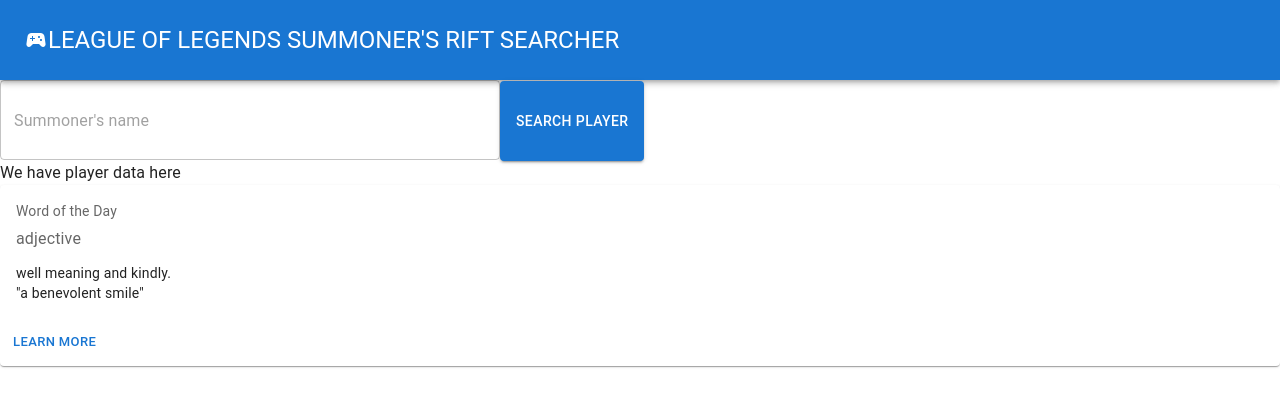
Repository: Mikerr21/League-Of-Legends-API
Page: /
An editor plug-in stored every save of this project. The page is shown before and after the next save, followed by the edit.
The browser window is 1280 px wide. The pictures show the whole page.
The page's requests for data from a server got no answer. The project was rebuilt for these pictures with package versions that can differ from the ones it lists, and the page was loaded fresh each time. No one was signed in, and anything a server would have sent is missing.

Above is the page before, as saved 2022-09-24 21:45:22.

After the next save:
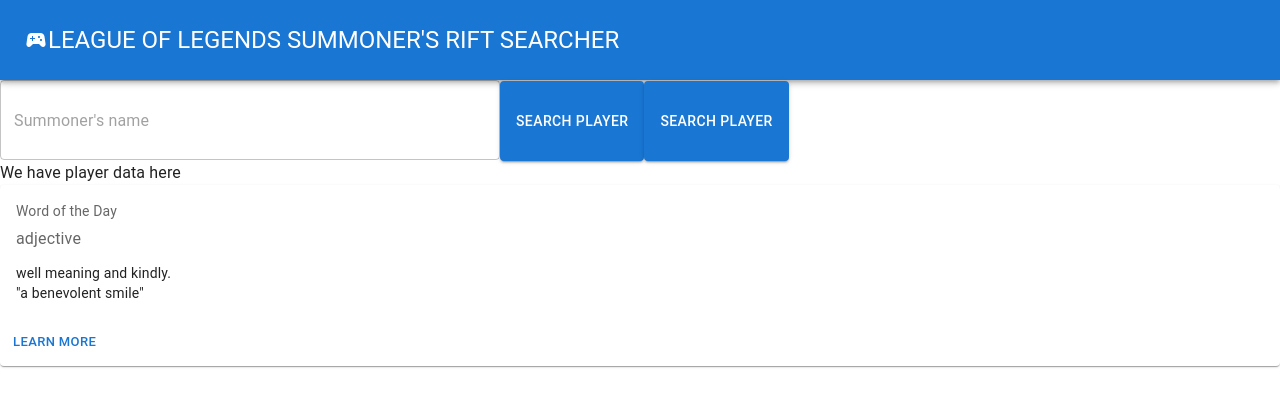
Saved 21 s later.
--- a/src/App.js
+++ b/src/App.js
@@ -55,6 +55,9 @@
         <Button onClick={fetchPlayerData()} variant="contained" style={{ height: "80px" }}>
           Search player
         </Button>
+        <Button onClick={fetchPlayerData()} variant="contained" style={{ height: "80px" }}>
+          Search player
+        </Button>
       </Box>
       {JSON.stringify(playerData.data) != '{}' ?
       <Typography>We have player data here</Typography>

After the save that followed:
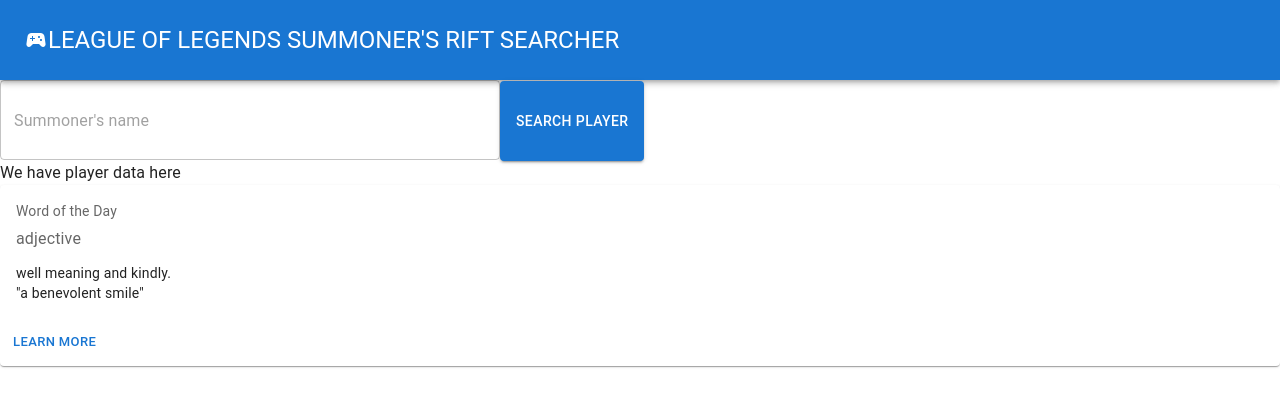
Saved 118 s later.
--- a/src/App.js
+++ b/src/App.js
@@ -55,16 +55,15 @@
         <Button onClick={fetchPlayerData()} variant="contained" style={{ height: "80px" }}>
           Search player
         </Button>
-        <Button onClick={fetchPlayerData()} variant="contained" style={{ height: "80px" }}>
-          Search player
-        </Button>
       </Box>
-      {JSON.stringify(playerData.data) != '{}' ?
+      {
+      JSON.stringify(playerData.data) != '{}' ?
       <Typography>We have player data here</Typography>
        :
-      <Typography>No player data detected</Typography>}
+      <Typography>No player data detected</Typography>
+      }
 
-      <>
+
       <Card sx={{ minWidth: 275 }}>
       <CardContent>
         <Typography sx={{ fontSize: 14 }} color="text.secondary" gutterBottom>
@@ -83,7 +82,7 @@
         <Button size="small">Learn More</Button>
       </CardActions>
     </Card>
-    </>
+
     </div>
   );
 }
